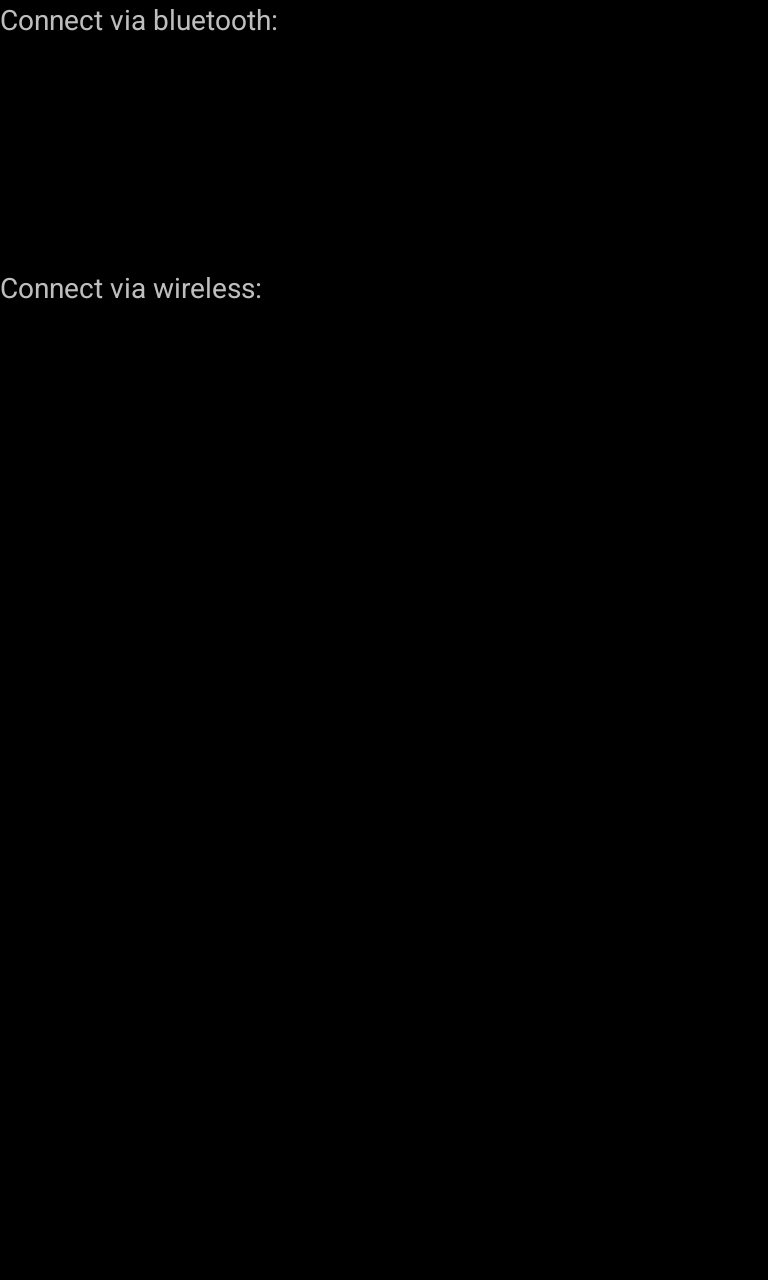
Repository: itayrom/androtux
Layout: app/AndroTux/res/layout/fragment_settings.xml
The author's editor kept a copy of each file at every save. The layout is drawn from the files as they stood at one save, then again after the next save.
Pictures or frames that could not be fetched are drawn as grey boxes. It is drawn on a 768 x 1280 px phone screen (xhdpi) without system bars, with theme android:Theme.NoTitleBar.Fullscreen; the app's code is not run. Lists and similar views that code fills are empty.

Above is the layout before, as saved 2014-09-04 23:05:10.

After the next save:
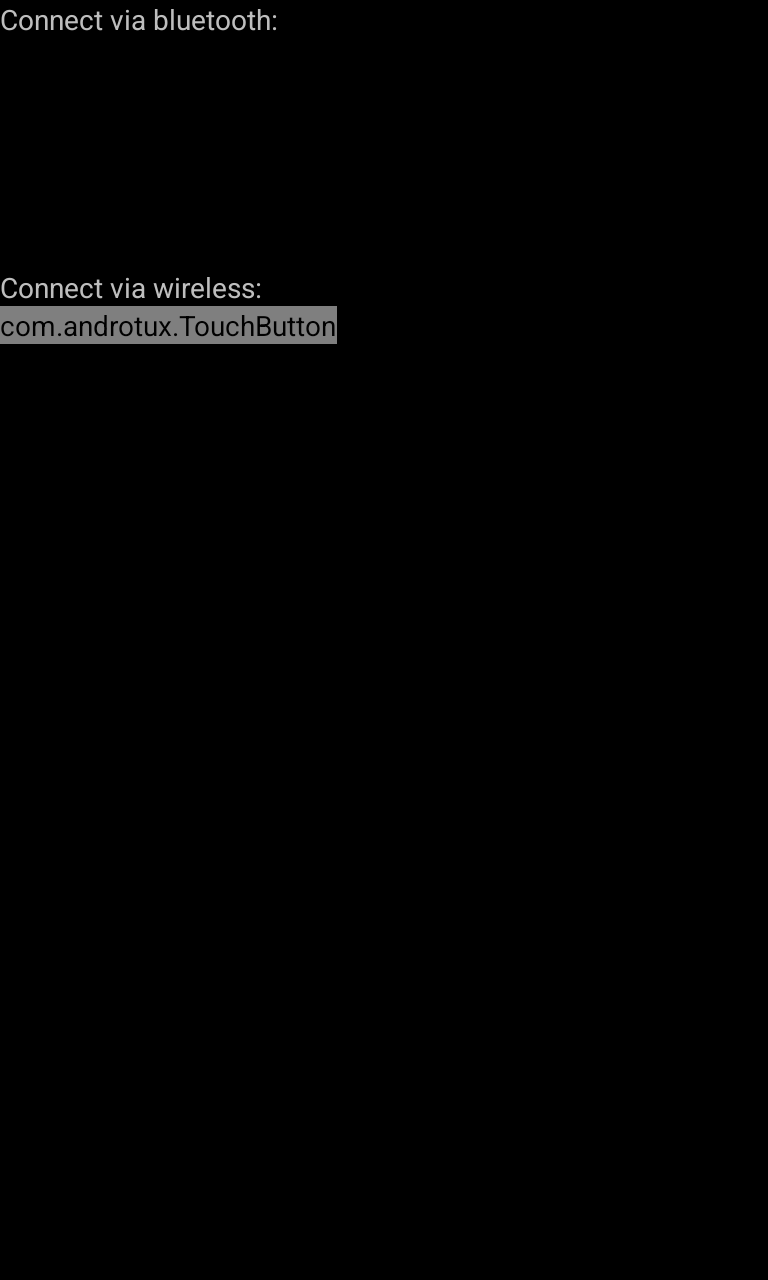
Saved 27 s later.
--- a/app/AndroTux/res/layout/fragment_settings.xml
+++ b/app/AndroTux/res/layout/fragment_settings.xml
@@ -37,7 +37,10 @@
         android:layout_marginTop="15dp"
         android:text="Connect via wireless:"/>
 
-
-
+    <com.androtux.TouchButton
+        android:id="@+id/touchButton1"
+        android:layout_width="wrap_content"
+        android:layout_height="wrap_content"
+        android:text="Connect" />
 
 </LinearLayout>
